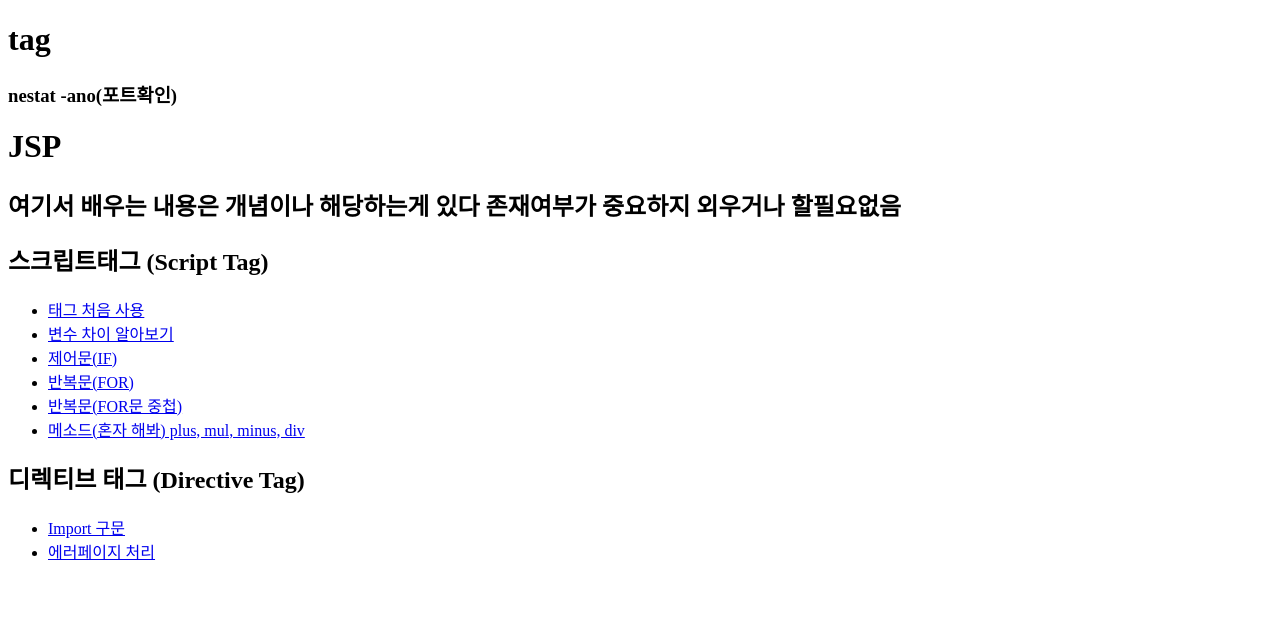
Repository: SanctusAlbino/Jsp_Servlet
Page: http://localhost/03.Tag/
These files come from the project's save history. The page is drawn as it stood at one moment and after the next save; the edit follows.
The browser window is 1280 px wide. The pictures show the whole page.
The page is served by Tomcat 9.

Above is the page before, as saved 2023-05-19 02:59:14.

### 03.Tag/src/main/webapp/index.html
<!DOCTYPE html>
<html>
<head>
<meta charset="UTF-8">
<title>Insert title here</title>
</head>
<body>
	<h1>tag</h1>
	<h3>nestat -ano(포트확인)</h3>

	<h1>JSP</h1>
	<h2>여기서 배우는 내용은 개념이나 해당하는게 있다 존재여부가 중요하지 외우거나 할필요없음</h2>
	<h2>스크립트태그 (Script Tag)</h2>

	<ul>
		<li><a href="01.Script/Ex00Into.jsp">태그 처음 사용</a></li>
		<li><a href="01.Script/Ex01Var.jsp">변수 차이 알아보기</a></li>
		<li><a href="01.Script/Ex02If.jsp">제어문(IF)</a></li>
		<li><a href="01.Script/Ex03For.jsp">반복문(FOR)</a></li>
		<li><a href="01.Script/Ex04For.jsp">반복문(FOR문 중첩)</a></li>
		<li><a href="01.Script/Ex05Method.jsp">메소드(혼자 해봐)
		plus, mul, minus, div</a></li>
	</ul>

	<h2>디렉티브 태그 (Directive Tag)</h2>
		<ul>
			<li><a href="02.Directive/Ex01_Directive.jsp">Import 구문</a></li>
			<li><a href="02.Directive/Ex02_ErrorMain.jsp">에러페이지 처리</a></li>
		</ul>


</body>
</html>

After the next save:
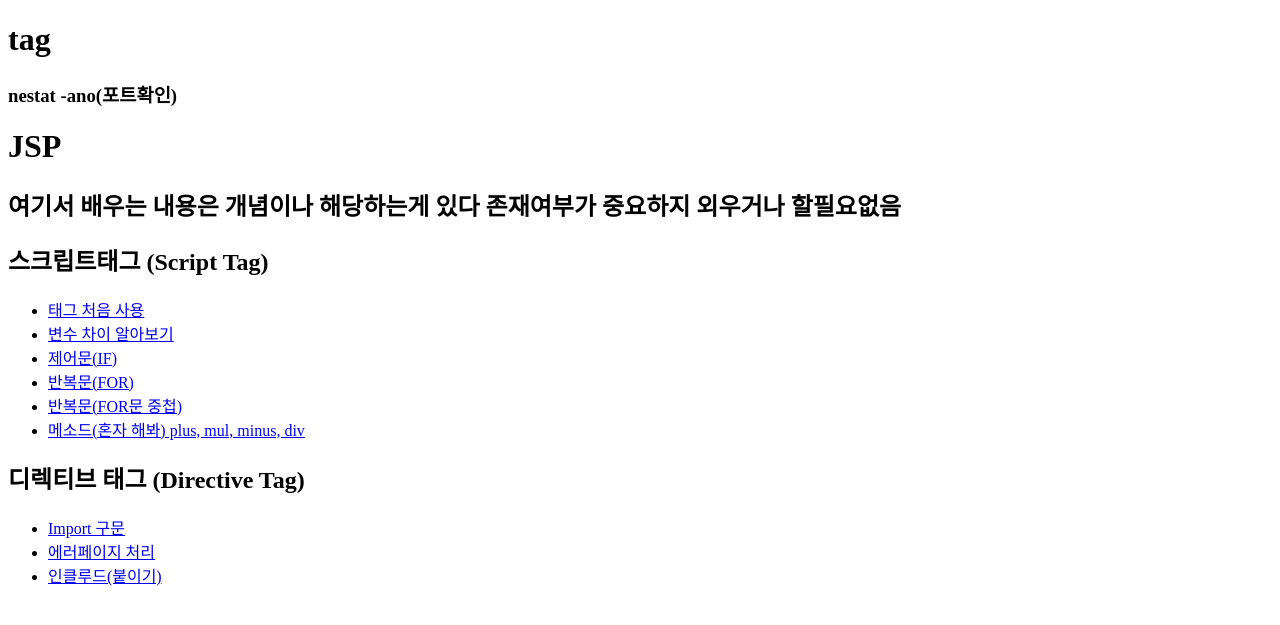
Saved 3 min 45 s later.
--- a/03.Tag/src/main/webapp/index.html
+++ b/03.Tag/src/main/webapp/index.html
@@ -26,6 +26,7 @@
 		<ul>
 			<li><a href="02.Directive/Ex01_Directive.jsp">Import 구문</a></li>
 			<li><a href="02.Directive/Ex02_ErrorMain.jsp">에러페이지 처리</a></li>
+			<li><a href="02.Directive/Ex03_IncludeMain.jsp">인클루드(붙이기)</a></li>
 		</ul>
 
 
